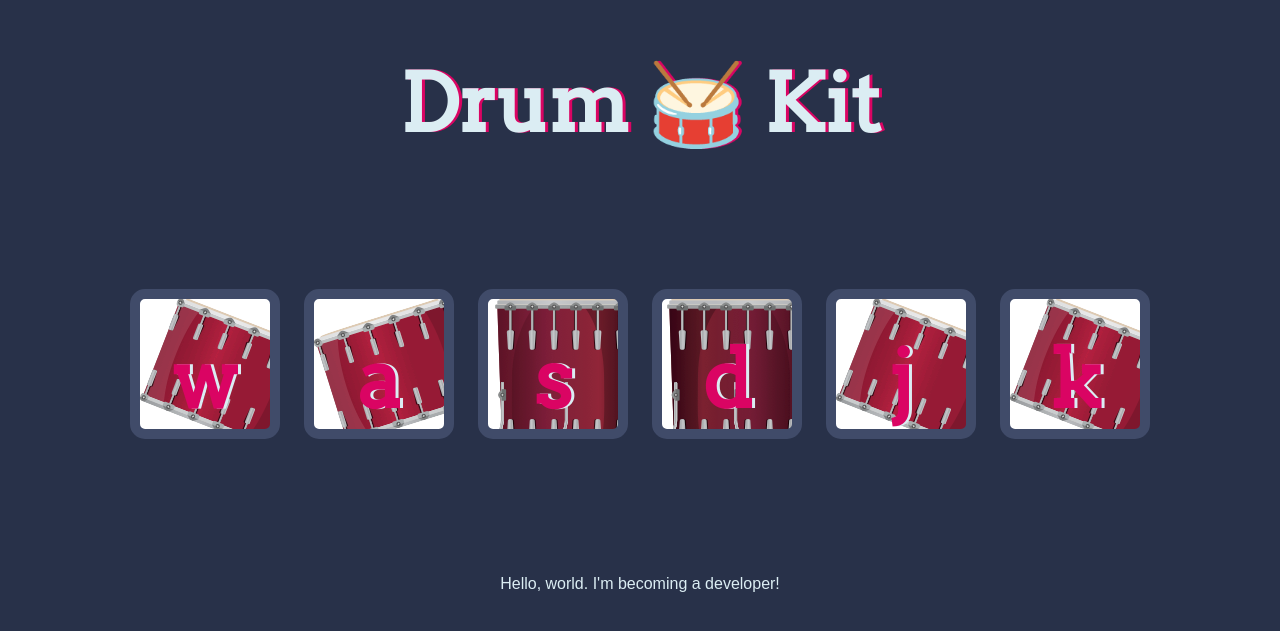
Repository: doncsar/yu-frontend-bootcamp
Page: 17-drumkit/index.html
The author's editor kept a copy of each file at every save. The page is drawn from the files as they stood at one save, then again after the next save.
The browser window is 1280 px wide. The pictures show the whole page.

Above is the page before, as saved 2024-01-27 19:25:39.

### 17-drumkit/index.html
<!DOCTYPE html>
<html lang="en">
   <head>
      <meta charset="UTF-8" />
      <meta name="viewport" content="width=device-width, initial-scale=1.0" />
      <title>Drum Kit</title>
      <link rel="stylesheet" href="style.css" />
      <script src="script.js" defer></script>
      <link
         href="https://fonts.googleapis.com/css?family=Arvo"
         rel="stylesheet"
      />
   </head>
   <body>
      <h1 id="title">Drum 🥁 Kit</h1>
      <div class="set">
         <button class="w drum">w</button>
         <button class="a drum">a</button>
         <button class="s drum">s</button>
         <button class="d drum">d</button>
         <button class="j drum">j</button>
         <button class="k drum">k</button>
      </div>
      <footer>Hello, world. I'm becoming a developer!</footer>
   </body>
</html>

### 17-drumkit/style.css
body {
  text-align: center;
  background-color: #283149;
}

h1 {
  font-size: 5rem;
  color: #DBEDF3;
  font-family: "Arvo", cursive;
  text-shadow: 3px 0 #DA0463;

}

footer {
  color: #DBEDF3;
  font-family: sans-serif;
}

.w {
 background-image: url('./resources/images/tom1.png');
}

.a {
background-image: url('./resources/images/tom2.png');
}

.s {
background-image: url('./resources/images/tom3.png');
}

.d {
background-image: url('./resources/images/tom4.png');
}

.j {
background-image: url('./resources/images/tom1.png');
}

.k {
background-image: url('./resources/images/tom1.png');
}

.l {
background-image: url('./resources/images/tom1.png');
}

.set {
  margin: 10% auto;
}

.game-over {
  background-color: red;
  opacity: 0.8;
}

.pressed {
  box-shadow: 0 3px 4px 0 #DBEDF3;
  opacity: 0.5;
}

.red {
  color: red;
}

.drum {
  outline: none;
  border: 10px solid #404B69;
  font-size: 5rem;
  font-family: 'Arvo', cursive;
  line-height: 2;
  font-weight: 900;
  color: #DA0463;
  text-shadow: 3px 0 #DBEDF3;
  border-radius: 15px;
  display: inline-block;
  width: 150px;
  height: 150px;
  text-align: center;
  margin: 10px;
  background-color: white;
}

### 17-drumkit/script.js
const drums = document.querySelectorAll('.drum')

function handleCLick() {
   const drumSound = new Audio('resources/sounds/tom-1.mp3')
   drumSound.play()
}
console.log(drums);

drums.forEach(drum => drum.addEventListener('click', handleCLick))

After the next save:
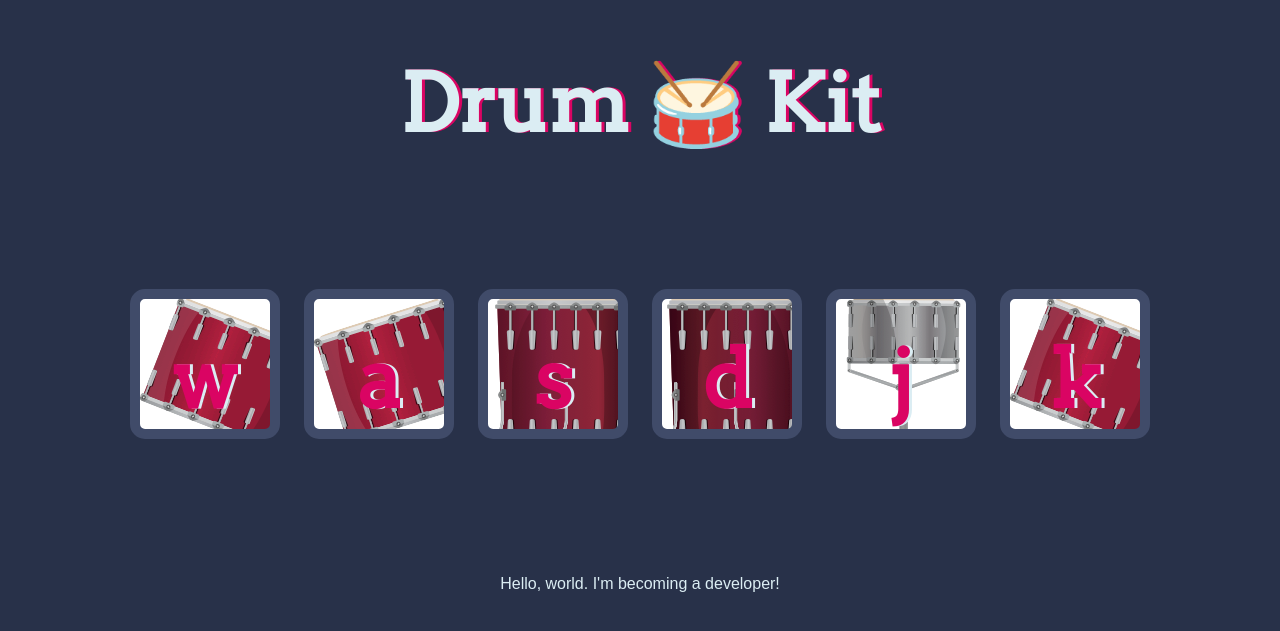
Saved 8 s later.
--- a/17-drumkit/style.css
+++ b/17-drumkit/style.css
@@ -33,7 +33,7 @@ background-image: url('./resources/images/tom4.png');
 }
 
 .j {
-background-image: url('./resources/images/tom1.png');
+background-image: url('./resources/images/snare.png');
 }
 
 .k {
